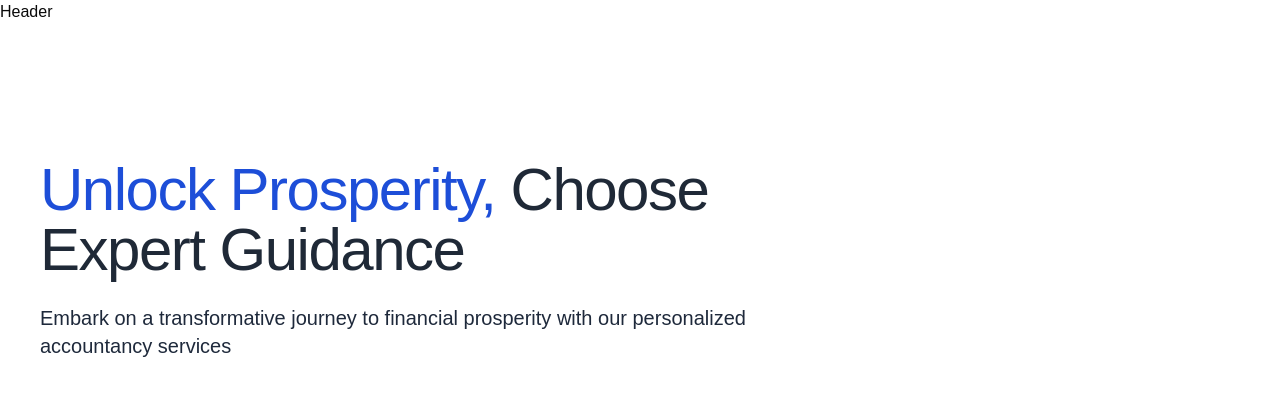
Repository: vespersolutionspk18/integrast-website
Page: /
The author's editor kept a copy of each file at every save. The page is drawn from the files as they stood at one save, then again after the next save.
The browser window is 1280 px wide. The pictures show the whole page.
The project was rebuilt for these pictures with package versions that can differ from the ones it lists, and the page was loaded fresh each time. The framework's server and built-in components were replaced by stand-ins that run in the browser. Also part of the build but not shown: next.config.ts.

Above is the page before, as saved 2024-12-09 14:45:44.

After the next save:
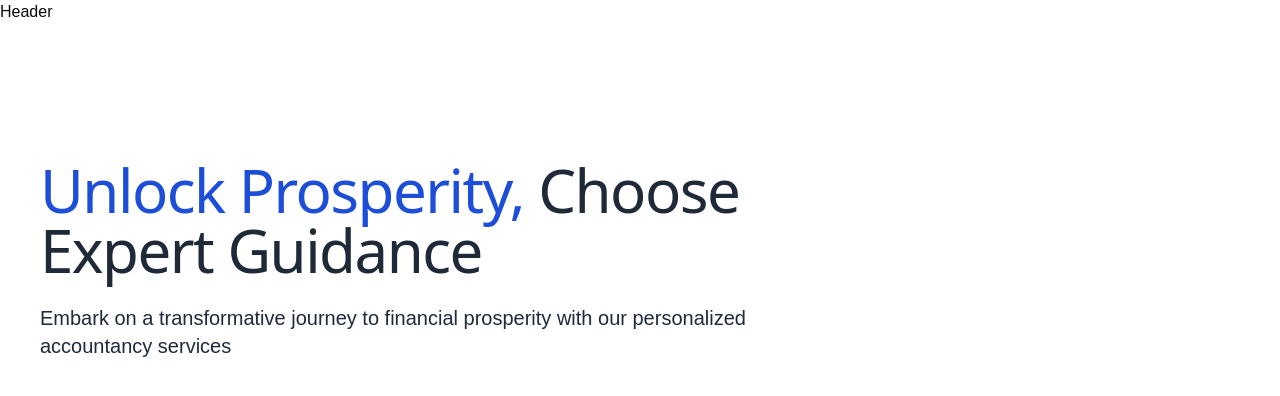
Saved 5 s later.
--- a/app/Hero.tsx
+++ b/app/Hero.tsx
@@ -5,7 +5,7 @@ const Hero = () => {
     <div className="flex flex-col p-10 ">
         <div className="flex flex-row mt-24 h-[280px] ">
             <div className="w-[60%] flex flex-col">
-                <h1 className="font-extralight text-6xl text-blue-700 tracking-tight">Unlock Prosperity, <span className="text-gray-800">Choose Expert Guidance</span></h1>
+                <h1 className="font-extralight font-sans text-6xl text-blue-700 tracking-tight">Unlock Prosperity, <span className="text-gray-800">Choose Expert Guidance</span></h1>
                 <h4 className="text-xl text-slate-800 mt-6">Embark on a transformative journey to financial prosperity with our personalized accountancy services</h4>
             </div>
         </div>
